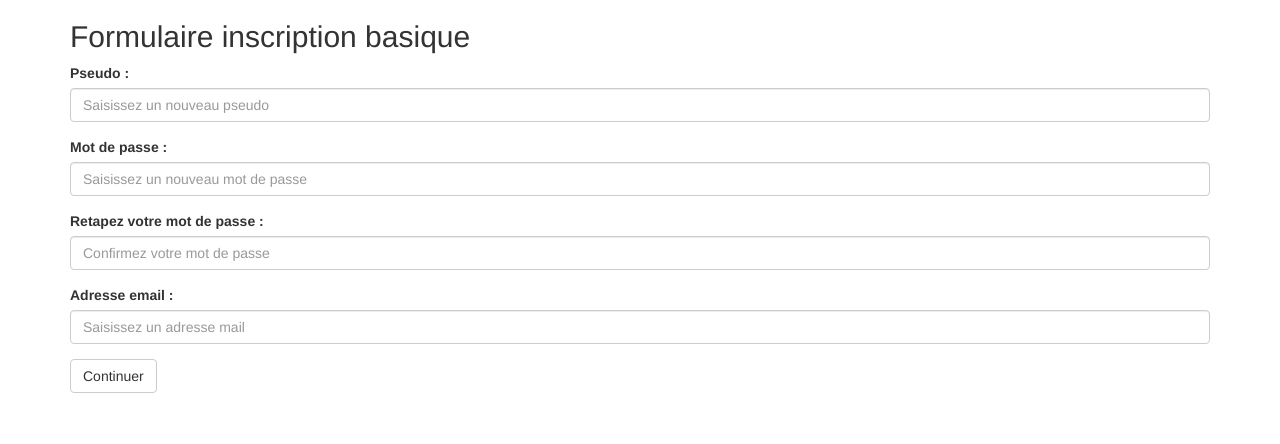
Repository: lemzoo/formation_Java8
Page: EspaceMembre/srcHTML/formulaireInscriptionBasique.html
An editor plug-in stored every save of this project. The page is shown before and after the next save, followed by the edit.
The browser window is 1280 px wide. The pictures show the whole page.

Above is the page before, as saved 2016-06-10 10:43:52.

### EspaceMembre/srcHTML/formulaireInscriptionBasique.html
<!DOCTYPE html>
<html lang="en">
<head>
  <title>Formulaire Inscription</title>
  <meta charset="utf-8">
  <meta name="viewport" content="width=device-width, initial-scale=1">
  <link rel="stylesheet" href="http://maxcdn.bootstrapcdn.com/bootstrap/3.3.6/css/bootstrap.min.css">
  <script src="https://ajax.googleapis.com/ajax/libs/jquery/1.12.2/jquery.min.js"></script>
  <script src="http://maxcdn.bootstrapcdn.com/bootstrap/3.3.6/js/bootstrap.min.js"></script>
</head>
<body>

<div class="container">
  <h2>Formulaire inscription basique</h2>
  <form role="form" method="POST" action="../srcPHP/ajouterMembre.php">
    <div class="form-group">
      <label for="pseudoSaisi">Pseudo :</label>
      <input type="text" class="form-control" name="pseudoSaisi" placeholder="Saisissez un nouveau pseudo">
    </div>

    <div class="form-group">
      <label for="passwordSaisi1">Mot de passe :</label>
      <input type="password" class="form-control" name="passwordSaisi1" placeholder="Saisissez un nouveau mot de passe">
    </div>

    <div class="form-group">
      <label for="passwordSaisi2">Retapez votre mot de passe :</label>
      <input type="password" class="form-control" name="passwordSaisi2" placeholder="Confirmez votre mot de passe">
    </div>

    <div class="form-group">
      <label for="emailSaisi">Adresse email :</label>
      <input type="email" class="form-control" name="emailSaisi" placeholder="Saisissez un adresse mail">
    </div>

    <button type="submit" class="btn btn-default">Continuer</button>
  </form>
</div>

</body>
</html>

After the next save:
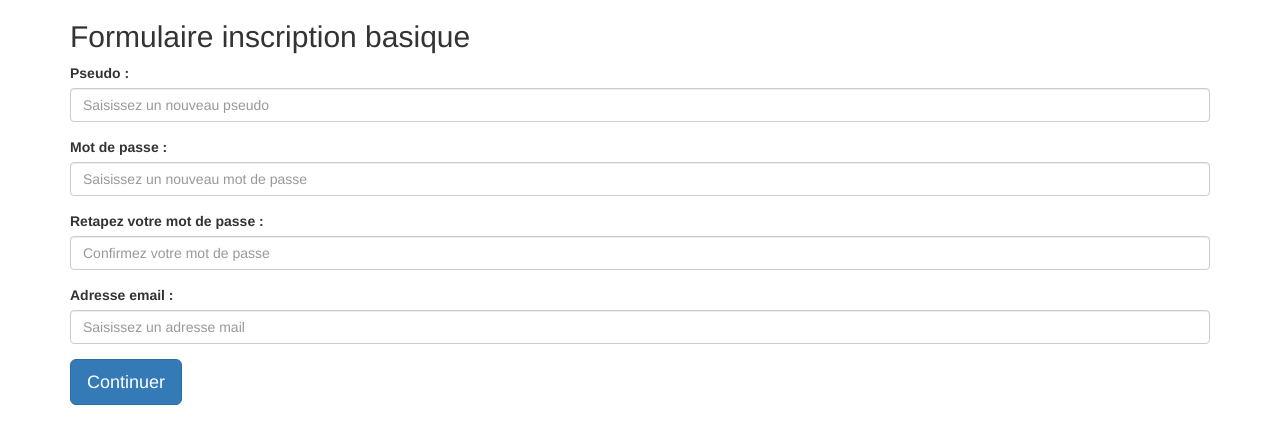
Saved 17 s later.
--- a/EspaceMembre/srcHTML/formulaireInscriptionBasique.html
+++ b/EspaceMembre/srcHTML/formulaireInscriptionBasique.html
@@ -33,7 +33,7 @@
       <input type="email" class="form-control" name="emailSaisi" placeholder="Saisissez un adresse mail">
     </div>
 
-    <button type="submit" class="btn btn-default">Continuer</button>
+    <button type="submit" class="btn btn-lg btn-primary">Continuer</button>
   </form>
 </div>
 
